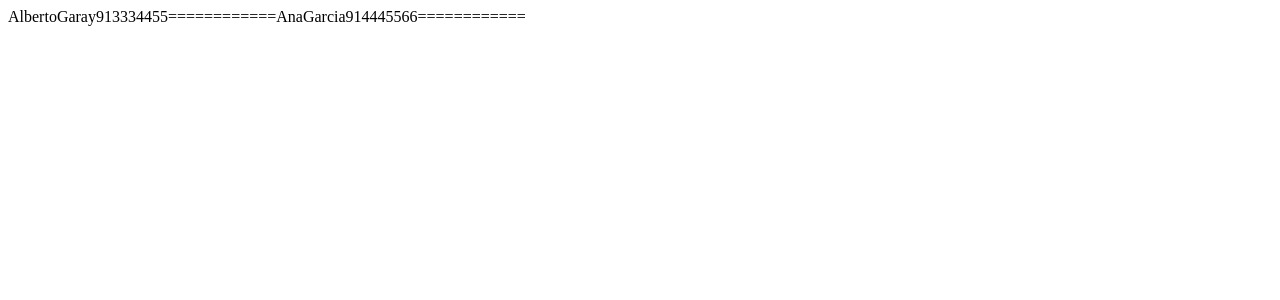
Repository: JaimeMarTal/JaimePHP
Page: http://localhost/ev1/ej11.php
An editor plug-in stored every save of this project. The page is shown before and after the next save, followed by the edit.
The browser window is 1280 px wide. The pictures show the whole page.
The page is run by PHP 8.4 with error messages shown; the project is at /var/www/html/.

Above is the page before, as saved 2020-10-02 07:20:14.

### clase/ev1/ej11.php
<?php
namespace ev1;

$cadena='Alberto:Garay:913334455//Ana:Garcia:914445566';

$cadena2=explode('//',$cadena);

foreach ($cadena2 as $elemento){

    $datos = explode(':',$elemento);
    echo $datos[0];
    echo $datos[1];
    echo $datos[2];
    echo '============';
}



?>

After the next save:
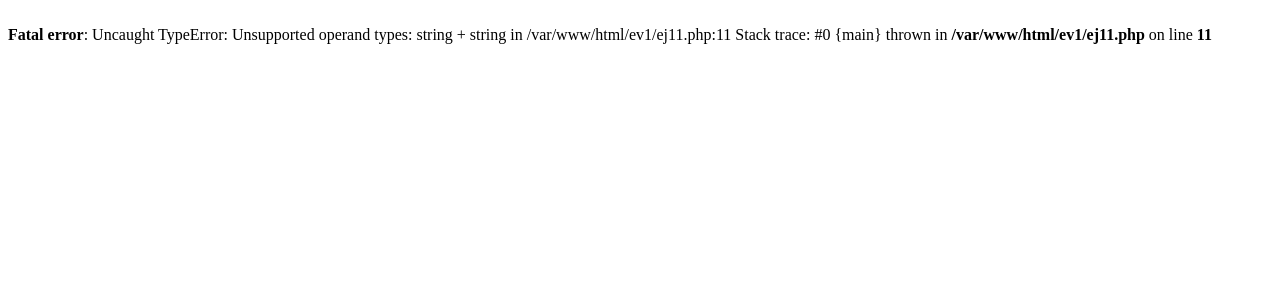
Saved 20 s later.
--- a/clase/ev1/ej11.php
+++ b/clase/ev1/ej11.php
@@ -8,7 +8,7 @@
 foreach ($cadena2 as $elemento){
 
     $datos = explode(':',$elemento);
-    echo $datos[0];
+    echo $datos[0]+'/n';
     echo $datos[1];
     echo $datos[2];
     echo '============';

After the save that followed:
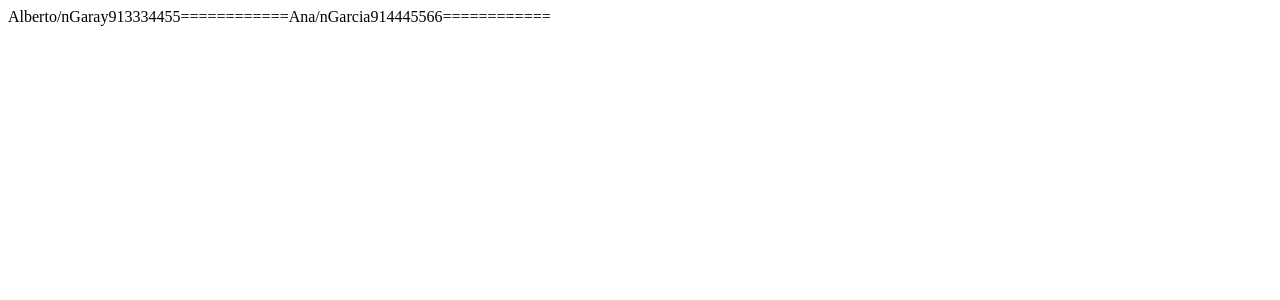
Saved 8 s later.
--- a/clase/ev1/ej11.php
+++ b/clase/ev1/ej11.php
@@ -8,7 +8,7 @@
 foreach ($cadena2 as $elemento){
 
     $datos = explode(':',$elemento);
-    echo $datos[0]+'/n';
+    echo $datos[0].'/n';
     echo $datos[1];
     echo $datos[2];
     echo '============';
